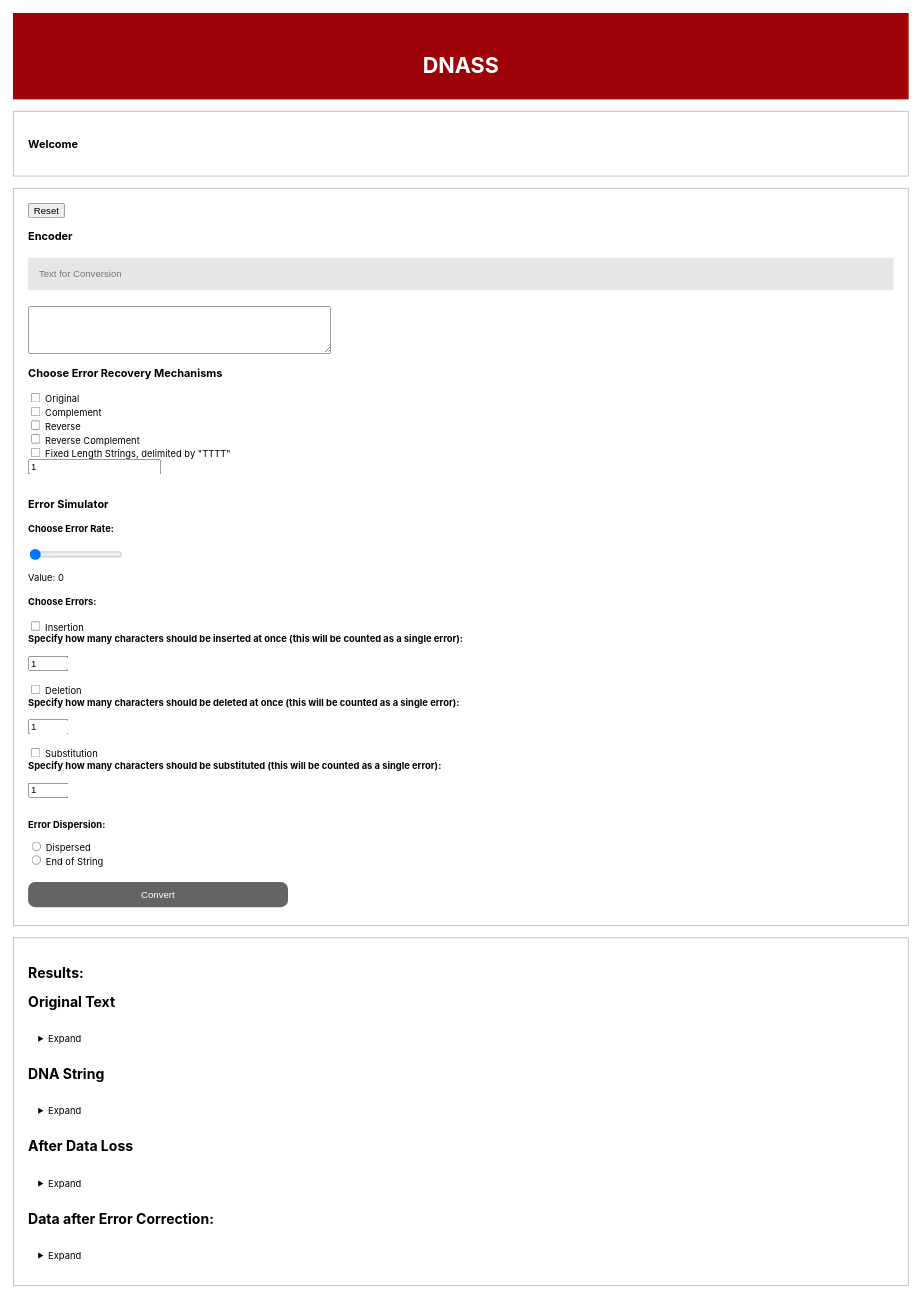
Repository: komalharjani/MSc-Thesis-DNA-Storage
Page: index.html
These files come from the project's save history. The page is drawn as it stood at one moment and after the next save; the edit follows.
The browser window is 1280 px wide. The pictures show the whole page, at 72% of full size.

Above is the page before, as saved 2020-08-19 21:28:16.

### index.html
<!DOCTYPE html>
<html lang="en">

<head>
    <link href="index.css" rel="stylesheet">
    <meta charset="UTF-8">
    <meta name="viewport" content="width=device-width, initial-scale=1.0">
    <title>Document</title>
    <script src="https://ajax.googleapis.com/ajax/libs/jquery/3.5.1/jquery.min.js"></script>
</head>

<body>
    <div id="LoginPage">
        <div class="header"><br>
            <h2> DNASS </h2>
        </div><br>

        <div class="loginContainer">
            <h3>Welcome </h3>
        </div><br>

        <div class="loginContainer">
            <input type="reset" value="Reset" onClick="window.location.reload()">
            <h3>Encoder</h3>
            <input type="textarea" placeholder="Text for Conversion" id="inputText" required class="input">
            <textarea id="w3review" name="w3review" rows="4" cols="50"></textarea>
            <h3>Choose Error Recovery Mechanisms</h3>
                <input type="checkbox" id="original">
                <label for="vehicle1"> Original </label><br>
                <input type="checkbox" id="comp">
                <label> Complement </label><br>
                <input type="checkbox" id="rev">
                <label> Reverse</label><br>
                <input type="checkbox" id="revComp">
                <label> Reverse Complement</label><br>
                <input type="checkbox" id="fixed">
                <label> Fixed Length Strings, delimited by "TTTT"</label><br>
                <input type="number" value="1"><br><br>

                <h3>Error Simulator</h3>
                <h4>Choose Error Rate:</h4>
                <input type="range" min="0" max="10" value="0" step="0.1" class="slider" id="myRange">
                <p>Value: <span id="demo"></span></p>

                <h4>Choose Errors:</h4>
                <p></p>
                    <input type="checkbox" id="insert">
                    <label> Insertion </label><br>
                    <b><label for="noCharsError">Specify how many characters should be inserted at once (this will be counted as a single error):</label><br><br></b>
                    <input type="number" id="insertChars" min="1" max="25" value="1"><br><br>
                    <input type="checkbox" id="delete">
                    <label> Deletion </label><br>
                    <b><label for="noCharsError">Specify how many characters should be deleted at once (this will be counted as a single error):</label><br><br></b>
                    <input type="number" id="deleteChars" min="1" max="25" value="1"><br><br>
                    <input type="checkbox" id="sub">
                    <label> Substitution </label><br>
                    <b><label for="noCharsError">Specify how many characters should be substituted (this will be counted as a single error):</label><br><br></b>
                    <input type="number" id="subChars" min="1" max="25" value="1"><br><br>

                    <b><p>Error Dispersion:</p></b>
                    <input type="radio" id="dispersed">
                    <label for="dispersed">Dispersed</label><br>
                    <input type="radio" id="endDNA">
                    <label for="endDNA">End of String</label><br><br>
            <button class="button" onclick="onConvert()" id="submit">Convert</button><br>
            <!--Take Error Rate from On Submit-->
        </div><br>

        <div class="loginContainer">

            <h2>Results:</h2>
            <p id="errorRateDisplay"></p>

            <h2>Original Text</h2>
            <div class="row">
                <div class="column">
                    <details>
                        <summary>Expand</summary>
                        <p id="originalText"></p>
                    </details>
                </div>
            </div>

            <h2>DNA String</h2>
            <div class="row">
                <div class="column">
                    <details>
                        <summary>Expand</summary>
                        <p id="dnaOutput"></p>
                    </details>
                </div>
            </div>

            <h2>After Data Loss</h2>
            <div class="row">
                <div class="column">
                    <details>
                        <summary>Expand</summary>
                        <p id="corruptData"></p>
                    </details>
                </div>
            </div>

            <h2>Data after Error Correction: </h2>
            <div class="row">
                <div class="column">
                    <details>
                        <summary>Expand</summary>
                        <p id="label"></p>
                        <p id="recoveredData"></p>
                    </details>
                </div>
            </div>
        </div>

    </div>

</body>
<script src="index.js"></script>

</html>

### index.css
body {
    background-color:white;
    resize: both;
    overflow: auto;
}

details > summary {
  padding: 4px;
  font-size: small;
  width: 200px;
  border: none;
  cursor: pointer;
}

details > p {
  background-color:whitesmoke;
  padding: 4px;
  margin: 0;
}

.labelText {
  width: 100%;
  padding: 15px;
  margin: 5px 0 22px 0;
  display: inline-block;
  border: none;
  background: #cacaca;
}

.search {
  width: 30%;
  padding: 15px;
  margin: 5px 0 22px 0;
  display: inline-block;
  border: none;
  background: #e6e6e6;
}

.runBtn {
  background-color: #000000;
  border: 1px solid #ffffff;
  color: rgb(255, 255, 255);
  padding: 14px 20px;
  margin-top: 5px;
  margin-bottom: 5px;
  margin-right: 2px;
  margin-left: 0;
  border: none;
  cursor: pointer;
  width: 100%;
  opacity: 0.9;
  font-size: 15px;
}

#map{
  height: 400px;
  width: 100%;
}

#profile {
  border-radius: 50%;
}

.profile {
    padding: 10px;
    text-align: center;
    height: auto;
}

/* Full-width input fields */
.input {
  width: 100%;
  padding: 15px;
  margin: 5px 0 22px 0;
  display: inline-block;
  border: none;
  background: #e6e6e6;
}

.range {
  margin: 5px 0 22px 0;
  display: inline-block;
  border: none;
  text-align: right;
}

li {
  width: 100%;
  padding: 15px;
  margin: 5px 0 22px 0;
  display: inline-block;
  border: none;
  background: #cacaca;
}

ul {
  padding: 0;
}


/* Add a background color when the inputs get focus */
input[type=text]:focus, input[type=password]:focus {
  background-color: rgb(184, 184, 184);
  outline: none;
  height: 200px;
  white-space: pre-wrap;
}


/* button {
  background-color: #000000;
  color: rgb(255, 255, 255);
  padding: 14px 20px;
  margin: 8px;
  border: none;
  cursor: pointer;
  width: 30%;
  opacity: 0.9;
  border-radius: 20px;
} */

.loginContainer {
  width: 100%;
  float: center;
  padding: 20px;
  border: 0.5px solid #afafaf;
  height: auto;

}

.row:after {
  content: "";
  display: table;
  clear: both;
}

.column {
  float: left;
  width: 100%;
  padding: 10px;
  height: auto;
  font-size: 6.5pt;
  word-break:break-all;
}

.btnn {
  color:black;
  background-color: white;
  border-color: black;
  border-style: solid;
  padding: 5px;
  border-radius: 5px;
  border-width: 1px;
}

/* Set a style for all buttons */
.button {
  color: rgb(255, 255, 255);
  padding: 10px;
  width: 100%;
  border-radius: 10px;
}

.button {
  background-color: rgb(100, 100, 100);
  color: rgb(255, 255, 255);
  padding: 10px;
  width: 30%;
  margin-top: 5px;
  margin-bottom: 5px;
  margin-right: 2px;
  margin-left: 0;
  border: none;
  border-radius: 10px;
}

button:hover {
  opacity: 0.8;
}

/* Extra styles for the cancel button */
.cancelbtn {
  padding: 14px 20px;
  background-color: whitesmoke;
}

/* Float cancel and signup buttons and add an equal width */
.cancelbtn, .signupbtn {
  float: right;
  width: 100%;
}


/* Style the horizontal ruler */
hr {
  border: 1px solid #f1f1f1;
  margin-bottom: 25px;
}

/* Change styles for cancel button and signup button on extra small screens */
@media screen and (max-width: 300px) {
  .cancelbtn, .signupbtn {
     width: 100%;
  }
}
/* OLD BELOW!!!!! */

* {
    box-sizing: border-box;
  }

  /* Add a gray background color with some padding */
  body {
    font-family: -apple-system, BlinkMacSystemFont, 'Segoe UI', Roboto, Oxygen, Ubuntu, Cantarell, 'Open Sans', 'Helvetica Neue', sans-serif;
    padding: 10px;
    background: #ffffff;
    font-size: 13px;
  }
  table {
    font-family: arial, sans-serif;
    border-collapse: collapse;
    width: 100%;
  }

  td, th {
    border: 1px solid #dddddd;
    text-align: left;
    padding: 8px;
  }

  tr:nth-child(even) {
    background-color: #dddddd;
  }
  /* Header Title */
  .header {
    padding: 5px;
    font-size: 20px;
    text-align: center;
    background: #9d0208;
    color: white;
  }

  .login {
    width:300px;
    height:500px;
    position: fixed;
    top: 50%;
    left: 50%;
    margin-top: -125px;
    margin-left: -150px;
  }

  /* Split Screen into Columns */

  .rightcolumn {
    float: right;
    width: 50%;
    padding: 10px;
  }

  .leftcolumn {
    float: left;
    width: 20%;
    padding: 10px;
    background-color: rgb(255, 255, 255);
  }

  .left {
    float: right;
    width: 50%;
    background-color: rgb(255, 255, 255);
  }

  .right {
    float: right;
    width: 50%;
    background-color: rgb(255, 255, 255);
  }

  .centercolumn {
    float: left;
    width: 80%;
    padding: 10px;
    background-color: rgb(255, 255, 255);
  }

  .title {
    color: grey;
    font-size: 18px;
  }

  .rightcolumn {
    float: left;
    width: 30%;
    padding: 10px;
    background-color: rgb(255, 255, 255);
  }

  .box {
    background-color: rgb(255, 255, 255);
    width: 100%;
    padding: 15px;
  }


  .card {
     background-color: whitesmoke;
     padding: 15px;
  }

  .row:after {
    content: "";
    display: table;
    clear: both;
  }

  /* Footer */
  .footer {
    padding: 20px;
    text-align: center;
    background: #ddd;
    margin-top: 20px;
  }

  /* Responsive layout - when the screen is less than 800px wide, make the two columns stack on top of each other instead of next to each other */
  @media screen and (max-width: 800px) {
    .leftcolumn, .rightcolumn {
      width: 100%;
      padding: 0;
    }
  }

  tr:nth-child(even) {
    background-color: #3b37377c;
  }

  button:hover {
    opacity:1;
  }

  /* Extra styles for the cancel button */
  .cancelbtn {
    padding: 14px 20px;
    background-color: #000000;
  }

  /* Float cancel and signup buttons and add an equal width */
  .cancelbtn, .signupbtn {
    float: right;
    width: 100%;
  }

  .containerForm {
    width: 50%;
    float: left;
    padding: 10px;
    background-color: rgb(255, 255, 255);
  }

  /* Add padding to container elements */
  .container {
    width: 100%;
    float: left;
    padding: 10px;
    background-color: rgb(255, 255, 255);
  }

  #result {
    color: red;
  }

  .submitComment {
    background-color: white;
    color: black;
    border: 1px solid #888;
    width: 100%;
    float: right;
  }

  .submitComment :hover {
    background-color: rgb(138, 138, 138);
  }

  .readMore {
    background-color: rgb(216, 216, 216);;
    color: black;
    width: 40%;
    margin: 5px;
  }

  .logoutBtn {
    color: white;
    background-color: #9d0208 ;
    border: 1px solid rgb(255, 255, 255);
    margin: 10px;
  }

  .logoutBtn:hover {
    opacity: 0.7;
  }

  .register {
    color: black;
    background-color: white ;
    border: 1px solid rgb(255, 255, 255);
    margin: 10px;
    opacity: 0.8;
  }

  .register:hover {
    opacity: 1;
  }

  .runPostsStyle {
    background-color: rgb(255, 255, 255);
    padding: 20px;
    border-radius: 10px;
    margin-top: 20px;
    width: 100%;
    overflow: hidden;
    border: 1px solid rgb(0, 0, 0);
    columns: 2;
  }



  .commentPost {
    background-color: whitesmoke;
    padding: 20px;
    border-radius: 10px;
    margin-top: 20px;
    width: 100%;
    overflow: hidden;
  }

  .mapStyle {
    background-color: rgb(94, 0, 0);
    border-radius: 10px;
    width: 40%;
    height: 100px;
    border:solid black;
  }

  /* The Modal (background) */
  .modal {
    display: none; /* Hidden by default */
    position: fixed; /* Stay in place */
    left: 0;
    top: 0;
    width: 100%; /* Full width */
    height: 100%; /* Full height */
    overflow: auto; /* Enable scroll if needed */
    background-color:rgb(255, 255, 255);
    padding: 20px;
  }

  /* Modal Content/Box */
  .modal-content {
    background-color: #ffffff;
    margin: 5% auto 15% auto; /* 5% from the top, 15% from the bottom and centered */
    border: 1px solid #888;
    width: 80%; /* Could be more or less, depending on screen size */
  }

  .postTitle {
    font-size: 20px;
    font-weight: bold;
    color: #9d0208;
  }

  .dateDisplay {
    font-size: 20px;
    font-weight: bold;
  }

  .toFrom {
    font-size: 14px;
    font-weight: bold;
  }

  /* Style the horizontal ruler */
  hr {
    border: 1px solid #f1f1f1;
    margin-bottom: 25px;
  }

  /* The Close Button (x) */
  .close {
    position: absolute;
    right: 35px;
    top: 15px;
    font-size: 40px;
    font-weight: bold;
    color: #000000;
  }

  .close:hover,
  .close:focus {
    color: #ff8484;
    cursor: pointer;
  }

  /* Clear floats */
  .clearfix::after {
    content: "";
    clear: both;
    display: table;
  }

  /* Change styles for cancel button and signup button on extra small screens */
  @media screen and (max-width: 300px) {
    .cancelbtn, .signupbtn {
       width: 100%;
    }
  }

  .dropbtn {
    background-color: #E6E6E6;
    color: rgb(85, 85, 85);
    padding: 16px;
    font-size: 16px;
    border: none;
    width: 100px;
    cursor: pointer;
  }

  .dropbtn:hover, .dropbtn:focus {
    background-color: rgb(187, 187, 187);
  }

  .dropdown {
    position: relative;
    display: inline-block;
  }

  .dropdown-content {
    display: none;
    position: absolute;
    background-color: #f1f1f1;
    min-width: 160px;
    overflow: auto;
    box-shadow: 0px 8px 16px 0px rgba(0,0,0,0.2);
    z-index: 1;
  }

  .dropdown-content a {
    color: black;
    padding: 12px 16px;
    text-decoration: none;
    display: block;
  }

  .dropdown a:hover {background-color: #ddd;}

  .show {display: block;}

Loaded but not shown: index.js (895 lines, source omitted)

After the next save:
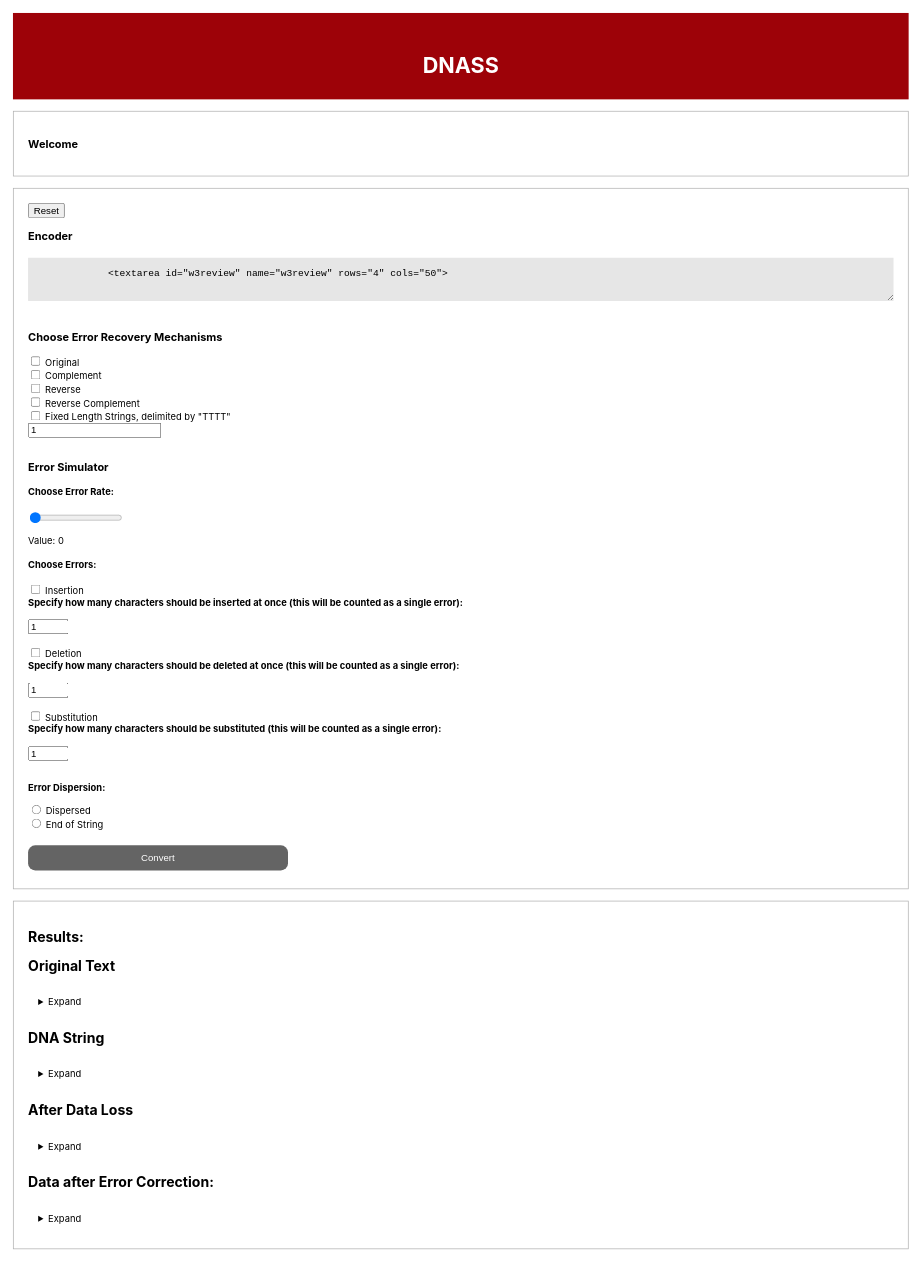
Saved 51 s later.
--- a/index.html
+++ b/index.html
@@ -22,7 +22,7 @@
         <div class="loginContainer">
             <input type="reset" value="Reset" onClick="window.location.reload()">
             <h3>Encoder</h3>
-            <input type="textarea" placeholder="Text for Conversion" id="inputText" required class="input">
+            <textarea placeholder="Text for Conversion" id="inputText" required class="input">
             <textarea id="w3review" name="w3review" rows="4" cols="50"></textarea>
             <h3>Choose Error Recovery Mechanisms</h3>
                 <input type="checkbox" id="original">
